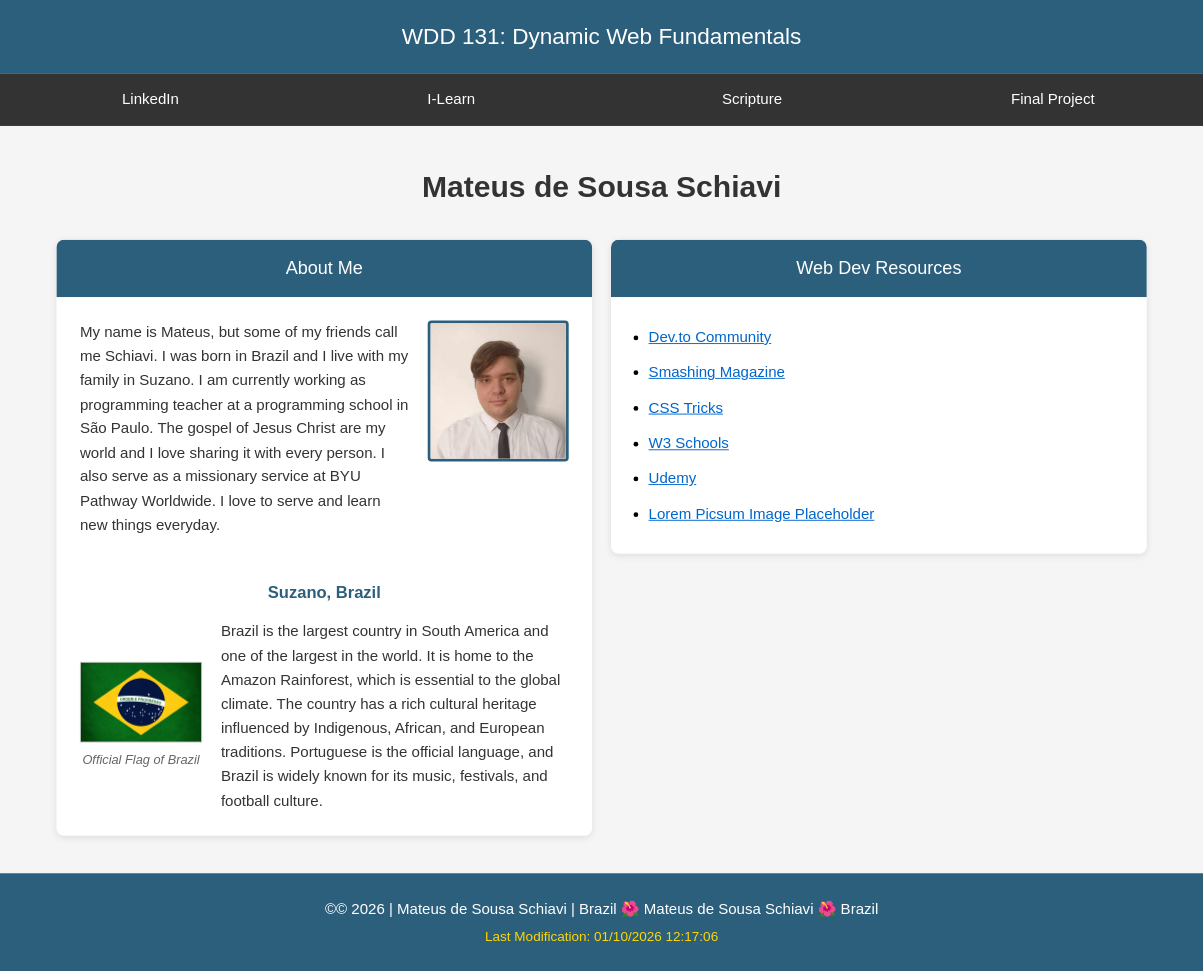
Repository: mateus-schiavi/wdd131
Page: index.html
The author's editor kept a copy of each file at every save. The page is drawn from the files as they stood at one save, then again after the next save.
The browser window is 1280 px wide. The pictures show the whole page, at 94% of full size.
Some web fonts or font styles are not loaded; a fallback is used.

Above is the page before, as saved 2026-01-10 17:51:09.

After the next save:
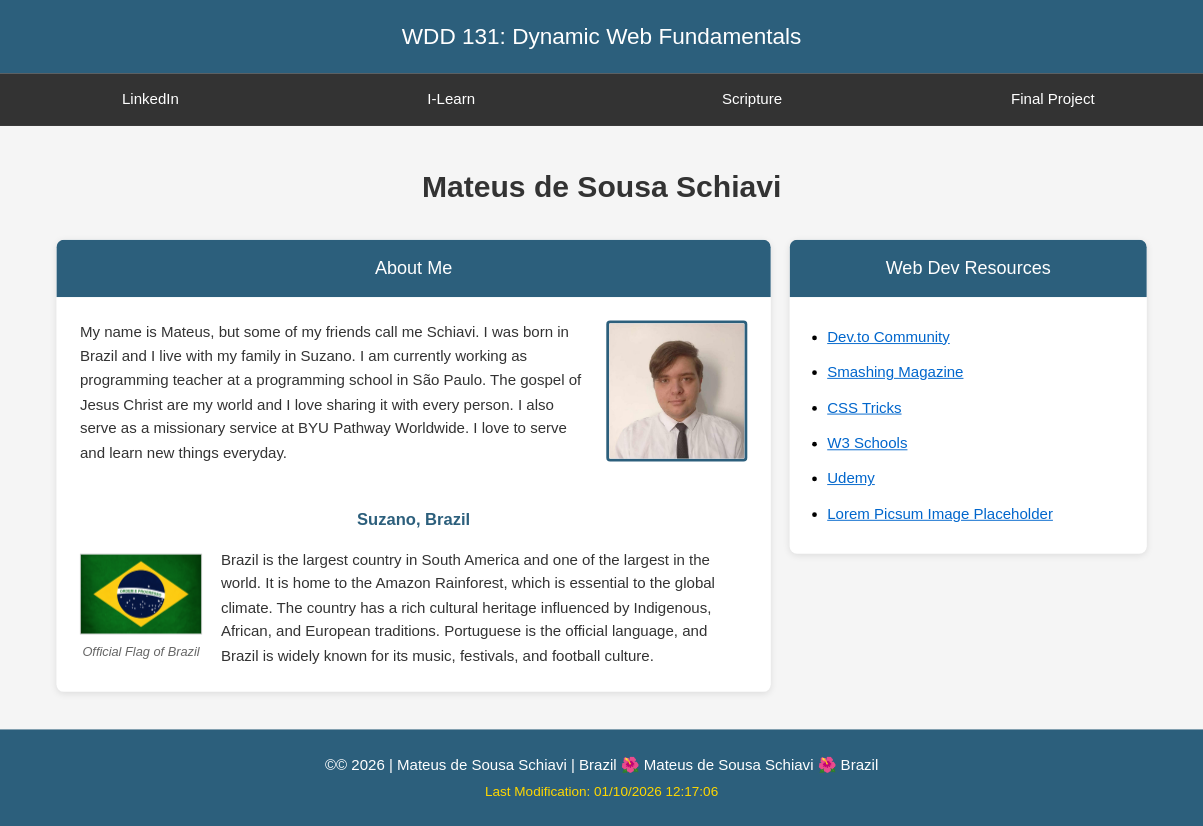
Saved 7 s later.
--- a/styles/base.css
+++ b/styles/base.css
@@ -62,7 +62,7 @@
 
 .content-wrapper {
   display: grid;
-  grid-template-columns: 1fr 1fr;
+  grid-template-columns: 2fr 1fr;
   gap: 20px;
 }
 

After the save that followed:
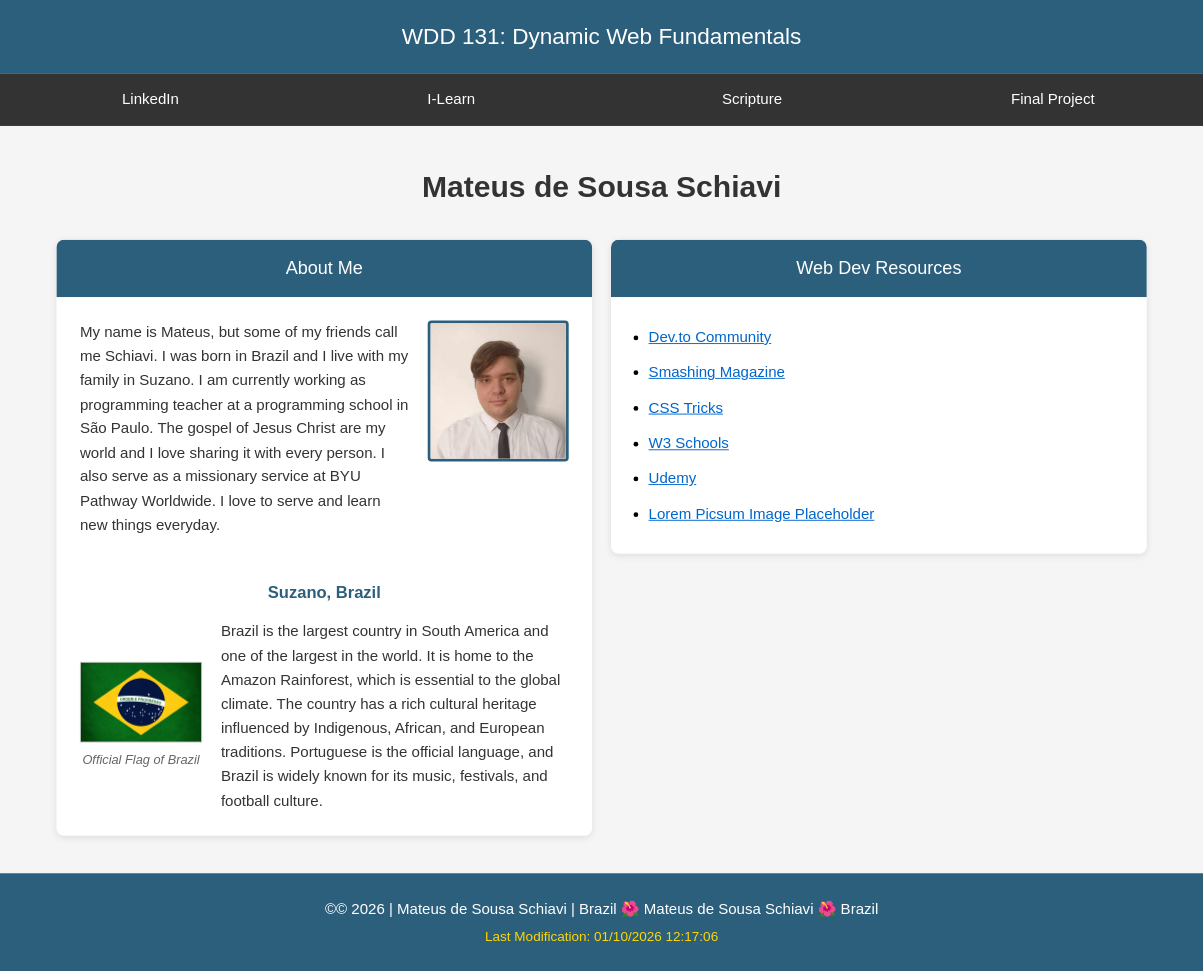
Saved 34 s later.
--- a/styles/base.css
+++ b/styles/base.css
@@ -5,7 +5,7 @@
 }
 
 body {
-  font-family: 'Teachers', sans-serif;
+  font-family: 'Ancizar Serif', sans-serif;
   background-color: #f5f5f5;
   line-height: 1.6;
 }
@@ -62,7 +62,7 @@
 
 .content-wrapper {
   display: grid;
-  grid-template-columns: 2fr 1fr;
+  grid-template-columns: 1fr 1fr;
   gap: 20px;
 }
 
